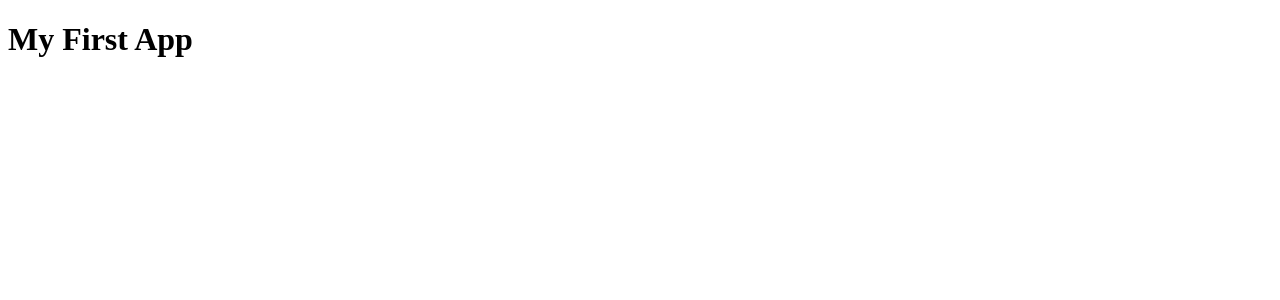
Repository: mksaini026/Java_Program
Page: TestWeb/WebContent/HomePage.html
An editor plug-in stored every save of this project. The page is shown before and after the next save, followed by the edit.
The browser window is 1280 px wide. The pictures show the whole page.

Above is the page before, as saved 2019-10-23 07:38:45.

After the next save:
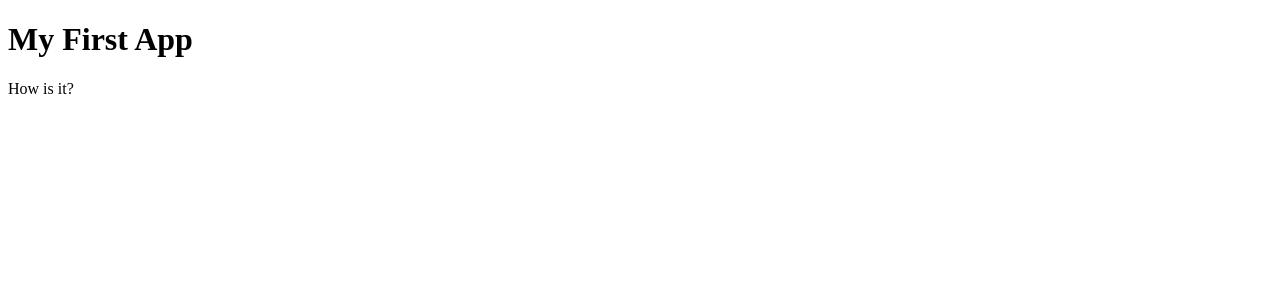
Saved 2 min 34 s later.
--- a/TestWeb/WebContent/HomePage.html
+++ b/TestWeb/WebContent/HomePage.html
@@ -6,5 +6,6 @@
 </head>
 <body>
 <h1>My First App</h1>
+<p>How is it?</p>
 </body>
 </html>
